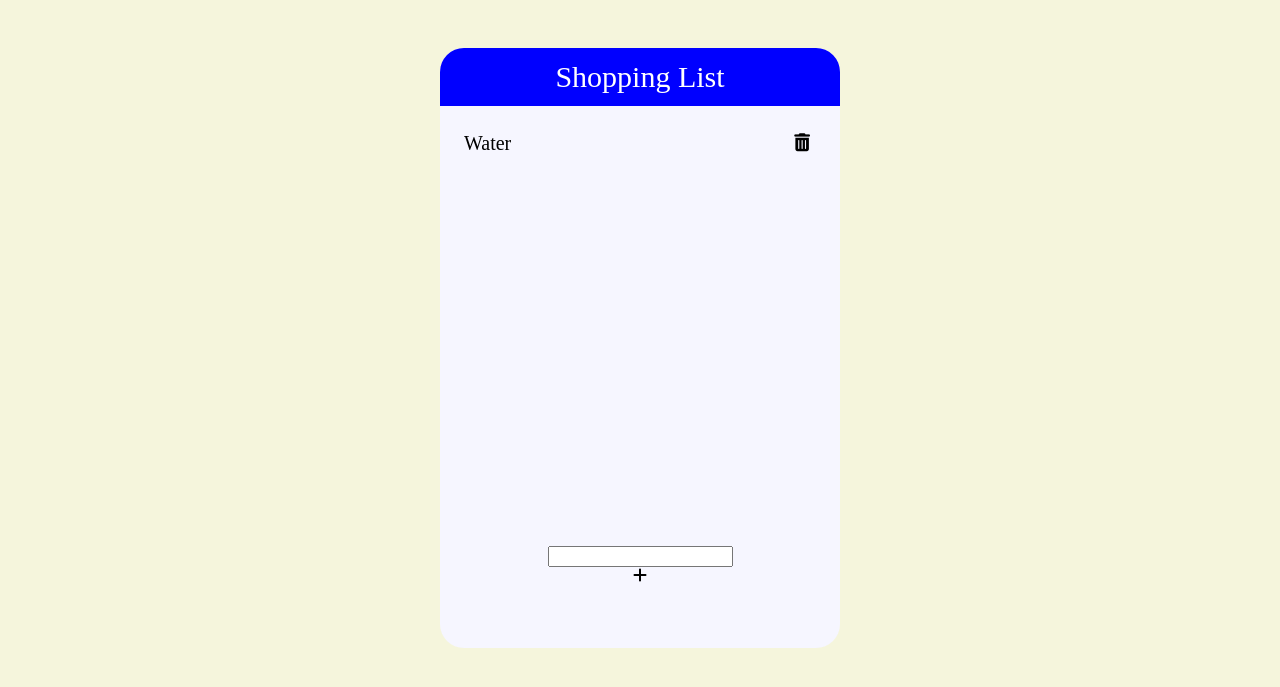
Repository: keehoonjung/Shopping-list
Page: index.html
An editor plug-in stored every save of this project. The page is shown before and after the next save, followed by the edit.
The browser window is 1280 px wide. The pictures show the whole page.
Some web libraries are served in a nearby version.

Above is the page before, as saved 2021-08-07 17:30:56.

### index.html
<!DOCTYPE html>
<html lang="en">
<head>
    <meta charset="UTF-8">
    <meta http-equiv="X-UA-Compatible" content="IE=edge">
    <meta name="viewport" content="width=device-width, initial-scale=1.0">
    <title>Shopping-list</title>
    <script src="main.js" defer></script>
    <link rel="stylesheet" href="style.css">
    <script src="https://kit.fontawesome.com/a7a8d59961.js" crossorigin="anonymous"></script>
</head>
<body>
    <div class="container">
        <div class="header">
            Shopping List
        </div>
        <section class="main">
            <ul class="main_list">
                <li>
                    <span> Water </span>
                    <button class="delete__Btn">
                        <i class="fas fa-trash-alt"></i>
                    </button>
                </li>
            </ul>
        </section>
        <input type="text" class="input_text">
        <div class="footer">
            <i class="fas fa-plus"></i>
        </div>
    </div>
</body>
</html>

### style.css
body {
  background-color: beige;
  text-align: center;
}

li {
  display: flex;
  justify-content: space-between;
  list-style: none;
  width: 100%;
}

button {
  cursor: pointer;
  border-style: none;
  background-color: transparent;
  font-size: 18px;
}

.container {
  margin: auto;
  background-color: rgb(246, 246, 255);
  height: 600px;
  width: 400px;
  border-radius: 24px;
  transform: translateY(40px);
}

.header {
  background-color: blue;
  font-size: 30px;
  color: white;
  border-top-left-radius: 24px;
  border-top-right-radius: 24px;
  padding: 12px 0;
}

.main {
  height: 420px;
}

.main_list {
  padding: 6px 24px;
  font-size: 20px;
}

Loaded but not shown: main.js (no stored copy; drawn as an empty file)

After the next save:
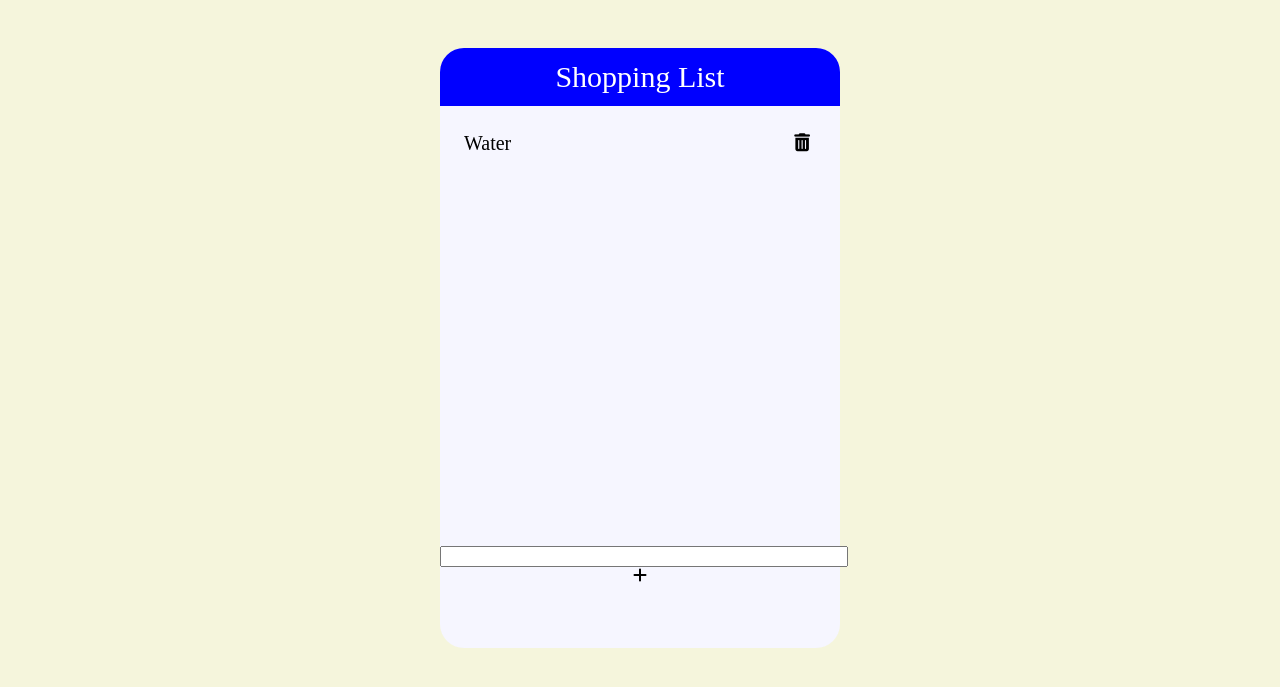
Saved 20 s later.
--- a/style.css
+++ b/style.css
@@ -43,3 +43,7 @@ button {
   padding: 6px 24px;
   font-size: 20px;
 }
+
+.input_text {
+  width: 100%;
+}
